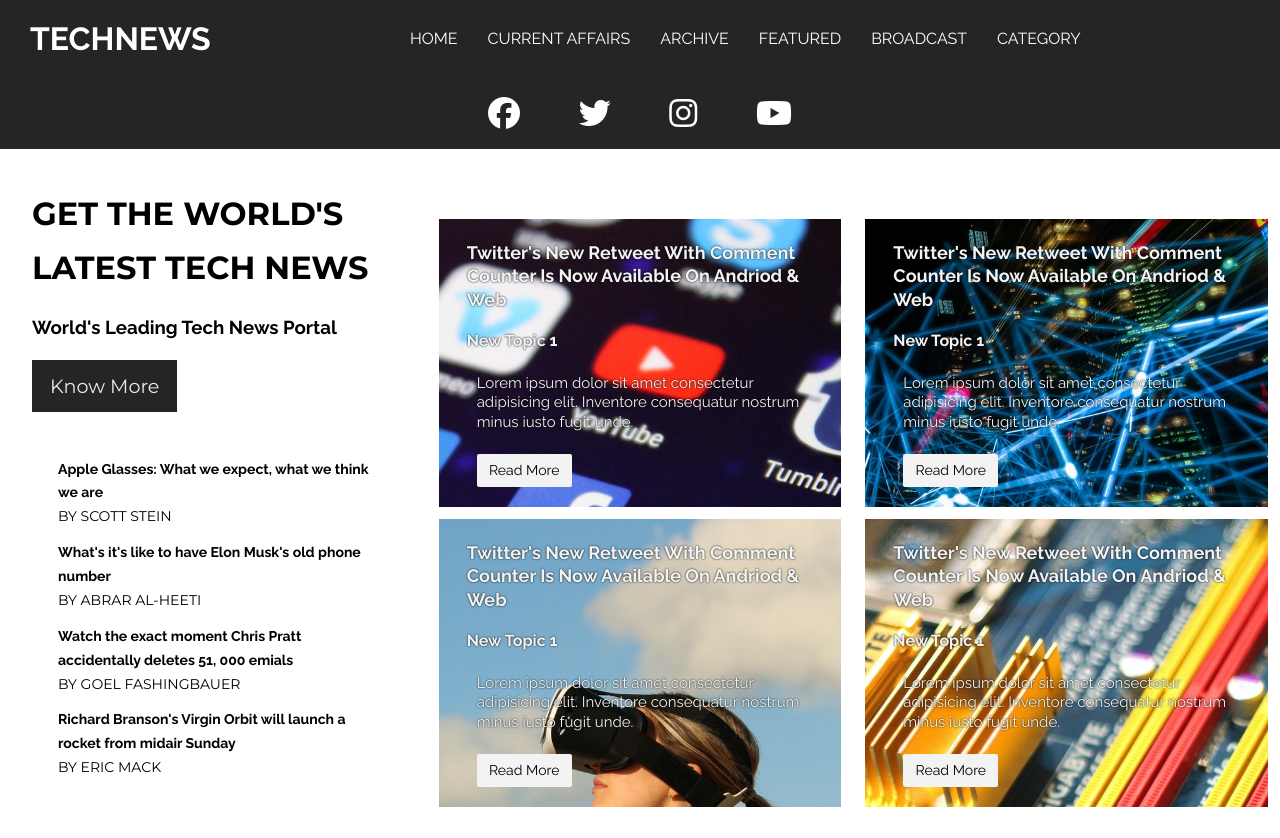
Repository: shubham71099/technews
Page: index.html
An editor plug-in stored every save of this project. The page is shown before and after the next save, followed by the edit.
The browser window is 1280 px wide. The pictures show the part of the page from y = 0 to 838 px (the page is 2178 px tall before and 2210 px after).
A picture or video elsewhere on the page could not be fetched, so the positions and the page height are approximate. Some web libraries are served in a nearby version.

Above is the page before, as saved 2021-06-02 21:09:00.

After the next save:
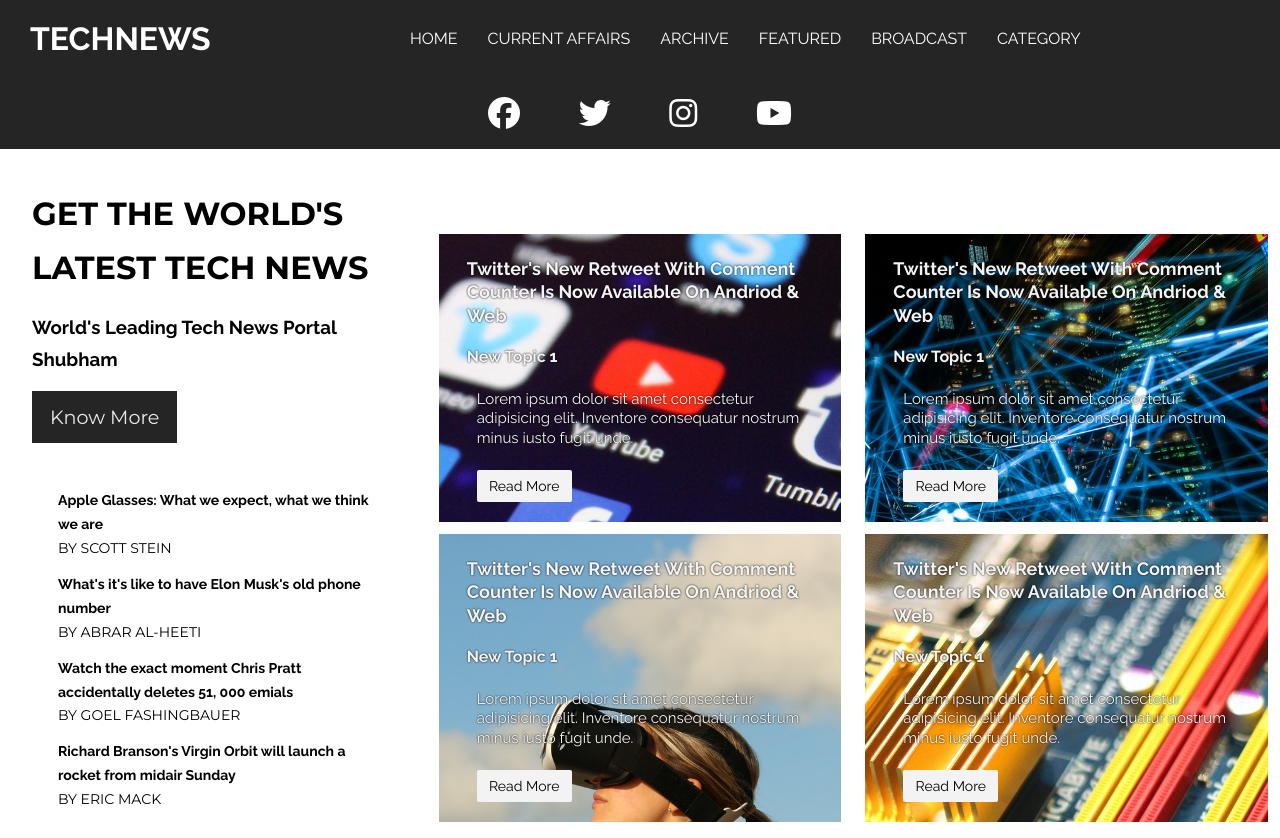
Saved 54 s later.
--- a/index.html
+++ b/index.html
@@ -84,7 +84,7 @@
     <section class="banner">
       <div class="banner-main-content">
         <h2>GET THE WORLD'S LATEST TECH NEWS</h2>
-        <h3>World's Leading Tech News Portal</h3>
+        <h3>World's Leading Tech News Portal Shubham</h3>
 
         <button>
           <a href="#">Know More</a>
